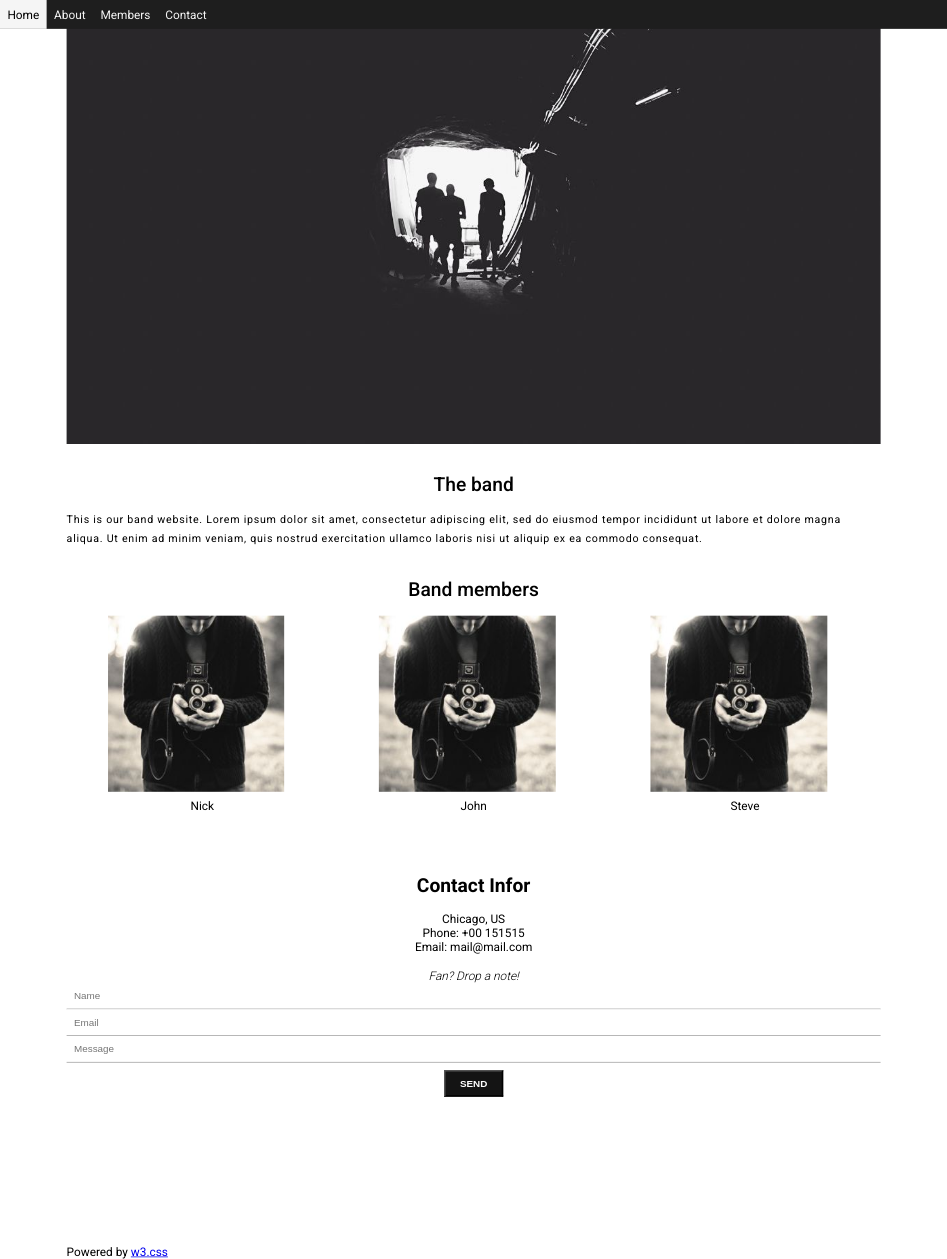
Repository: hieu-22/w3_band_UI
Page: index.html
These files come from the project's save history. The page is drawn as it stood at one moment and after the next save; the edit follows.
The browser window is 1280 px wide. The pictures show the whole page, at 74% of full size.
The pointer rests on the first visible `button`.

Above is the page before, as saved 2022-12-30 10:35:53.

After the next save:
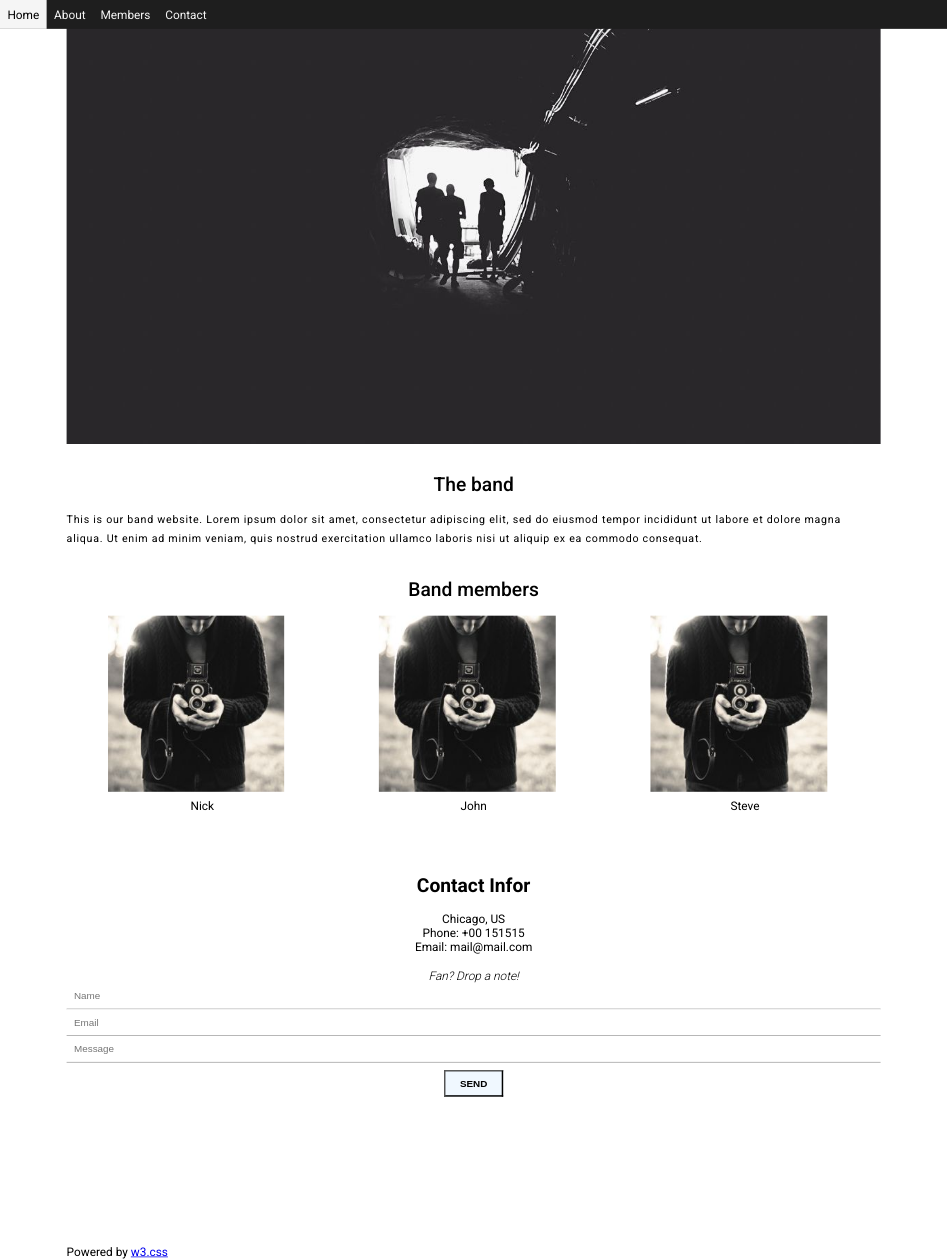
Saved 34 s later.
--- a/assets/css/style.css
+++ b/assets/css/style.css
@@ -149,5 +149,6 @@ button {
 
 button:hover {
     font-weight: bold;
-    border: 2 solid black;
+    background-color: aliceblue;
+    color: black;
 }
